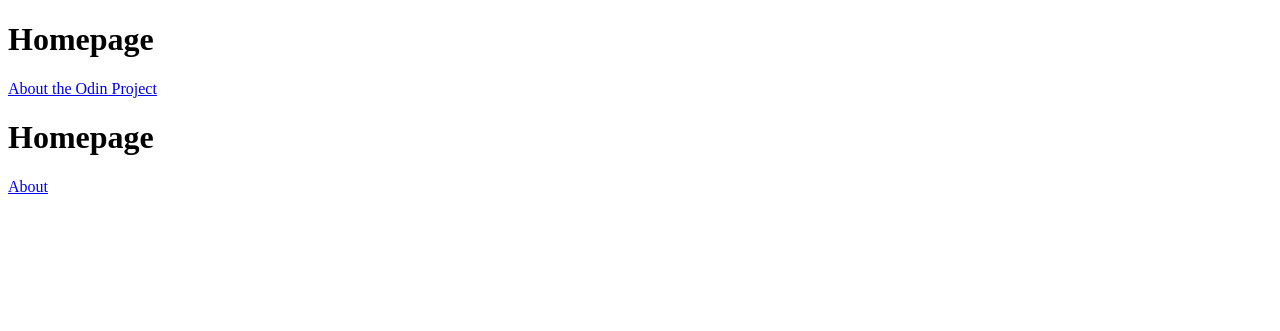
Repository: j0vesday/git_test
Page: root/odin-links-and-images/index.html
These files come from the project's save history. The page is drawn as it stood at one moment and after the next save; the edit follows.
The browser window is 1280 px wide. The pictures show the whole page.

Above is the page before, as saved 2024-09-25 02:54:39.

After the next save:
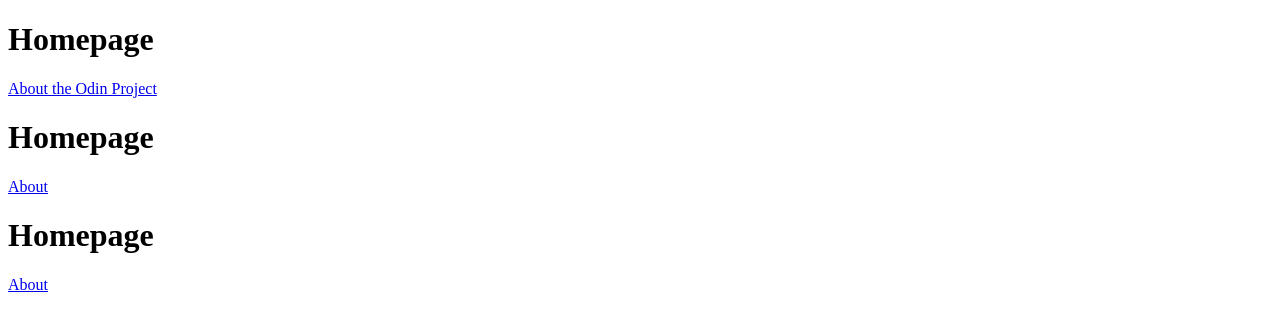
Saved 53 s later.
--- a/root/odin-links-and-images/index.html
+++ b/root/odin-links-and-images/index.html
@@ -9,6 +9,8 @@
 <body>
     <h1>Homepage</h1>
     <a href="https://www.theodinproject.com/about" target="_blank" rel="noopener norefe">About the Odin Project</a>
+    <h1>Homepage</h1>
+    <a href="./pages/about.html">About</a>
 </body>
     <body>
         <h1>Homepage</h1>

After the save that followed:
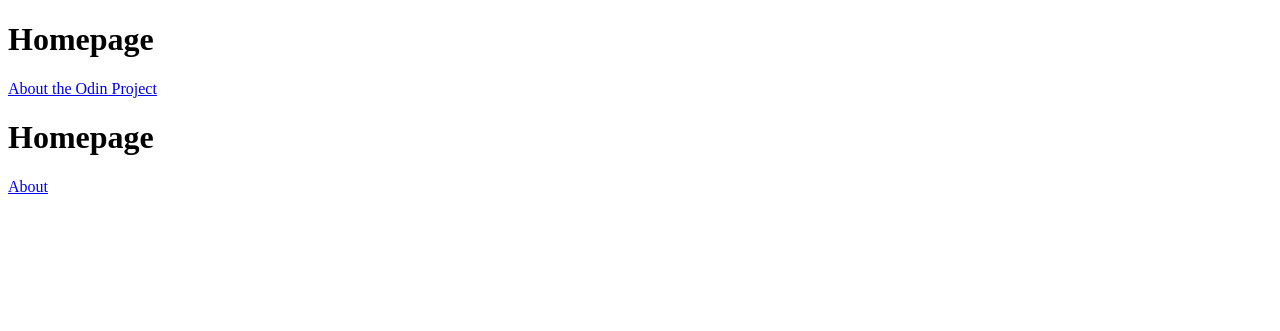
Saved 61 s later.
--- a/root/odin-links-and-images/index.html
+++ b/root/odin-links-and-images/index.html
@@ -12,8 +12,4 @@
     <h1>Homepage</h1>
     <a href="./pages/about.html">About</a>
 </body>
-    <body>
-        <h1>Homepage</h1>
-        <a href="./pages/about.html">About</a>
-      </body>
 </html>
